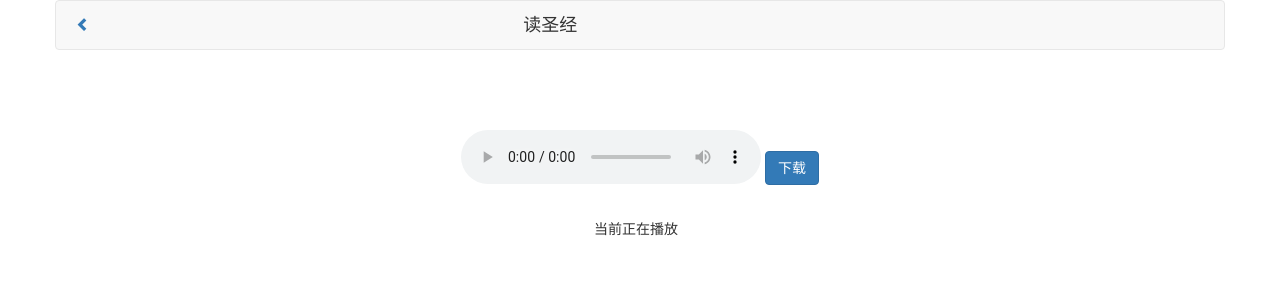
Repository: Paulyoufu/paulyoufu.github.io
Page: content.html
These files come from the project's save history. The page is drawn as it stood at one moment and after the next save; the edit follows.
The browser window is 1280 px wide. The pictures show the whole page.

Above is the page before, as saved 2018-04-24 15:08:37.
Console error: TypeError: Cannot read properties of undefined (reading 'replace')

### content.html
<!DOCTYPE html>
<html lang="en">

<head>
    <meta charset="UTF-8">
    <meta name="viewport" content="width=device-width, initial-scale=1.0">

    <link rel="stylesheet" href="css/bootstrap.min.css">
    <script src="js/jquery-3.3.1.min.js"></script>
    <script src="js/bootstrap.js"></script>

    <style>
        .center {
            position: relative;
            top: 50%;
        }
    </style>
    <title></title>
</head>

<body>
    <div class="container">

        <div class="row">
            <nav class="navbar navbar-default" role="navigation">
                <a href="index.html" class="pull-left glyphicon glyphicon-chevron-left" style="margin-top:15px;margin-left:20px;"></a>
                <h4 class="text-aglin:center" style="margin-left:40%;margin-top:15px;">读圣经</h4>
            </nav>
            <div class="row" style="margin-top:50px;">
                <div class="col-md-12 column" style="text-align: center;margin-top: 30px;">
                    <audio id="ad" autoplay="autoplay" src="http://biblevoice.oss-cn-hangzhou.aliyuncs.com/rock/创世记第1章.mp3" controls="controls"></audio>
                    <a id="btnDownLoad" class="btn btn-primary" style="margin-top: -25px;">下载</a>
                </div>
                <div class="col-md-12 column" style="text-align: center;margin-top: 30px;">
                    当前正在播放 &nbsp;
                    <span id="bn"></span>
                </div>
            </div>

            <div id="bContent" class="col-md-12">

            </div>
        </div>
        <!-- title -->




        <!-- 显示经文 -->
        <div class="row">


        </div>


        <!-- mp3播放器 -->

        <!-- mp3下载 -->

    </div>

    <script>
        var i = 1;
        //    alert(location.search+"-------")
        // $("#bContent").text(decodeURIComponent(location.search))
        var bn = decodeURIComponent(location.search).trim().replace(/[bn= ?]/ig, "")
        var bookname = "";
        var startCharpter = 1;
        var endCharpter = 1;
        var bsn = {
            "创": "创世记", "出": "出埃及记", "利": "利未记", "民": "民数记", "申": "申命记", "书": "约书亚记",
            "士": "士师记", "得": "路得记", "撒上": "撒母耳记上", "撒下": "撒母耳记下", "王上": "列王纪上", "王下": "列王纪下", "代上": "历代志上", "代下": "历代志下", "拉": "以斯拉记", "尼": "尼希米记",
            "斯": "以斯帖记", "约": "约伯记", "诗": "诗篇", "箴": "箴言", "传": "传道书", "歌": "雅歌", "赛": "以赛亚书",
            "耶": "耶利米书", "哀": "耶利米哀书", "结": "以西结书", "但": "但以理书", "何": "何西阿书", "珥": "约珥书", "摩": "阿摩司书", "俄": "俄巴底亚书", "拿": "约拿书", "弥": "弥迦书", "鸿": "那鸿书",
            "哈": "哈巴谷书", "番": "西番雅书", "该": "哈该书", "亚": "撒迦利亚书", "玛": "玛拉基书",
            "太": "马太福音", "可": "马可福音", "路": "路加福音", "约": "约翰福音", "徒": "使徒行传", "罗": "罗马书", "林前": "哥林多前书", "林后": "哥林多后书", "加": "加拉太书", "弗": "以弗所书", "腓": "腓立比书",
            "西": "歌罗西书", "帖前": "贴撒罗尼迦前书", "帖后": "帖撒罗尼迦后书", "提前": "提摩太前书", "提后": "提摩太后书", "多": "提多书", "门": "腓利门书", "来": "希伯来书", "雅": "雅各书", "彼前": "彼得前书", "彼前": "彼得前书", "彼后": "彼得后书", "约一": "约翰一书",
            "约二": "约翰二书", "约三": "约翰三书", "犹": "犹大书", "启": "启示录"
        }
        var url = "http://biblevoice.oss-cn-hangzhou.aliyuncs.com/rock/";
        var src = "";
        var index = 1;
        var bnArr = []
        var srcArr = []
        $(document).ready(function () {

            /* 经文加载 */
            if (bn.indexOf(";") > 0) {
                bnArr = bn.split(';')
                for (var i = 0; i < bnArr.length; i++) {
                    bookname = bnArr[i].replace(/[^\u4e00-\u9fa5]/gi, "")
                    startCharpter = bnArr[i].replace(bookname, "").split("-")[0]
                    endCharpter = bnArr[i].replace(bookname, "").split("-")[1]
                    bsToEnd(startCharpter, endCharpter)
                }
            }
            else {
                bookname = bn.replace(/[^\u4e00-\u9fa5]/gi, "")
                console.log(bookname)
                startCharpter = bn.replace(bookname, "").split("-")[0]
                endCharpter = bn.replace(bookname, "").split("-")[1]

                for (key in bsn) {
                    if (bookname == key) {
                        bookname = bookname.replace(key, bsn[key])

                        for (var j = parseInt(startCharpter); j <= parseInt(endCharpter); j++) {

                            if (endCharpter == 1) {
                                srcArr.push(url + bookname + "第" + startCharpter + "章.mp3")
                            }
                            else {
                                srcArr.push(url + bookname + "第" + (startCharpter++) + "章.mp3")
                            }
                        }
                    }
                }
            }
            document.title = srcArr[0].replace("http://biblevoice.oss-cn-hangzhou.aliyuncs.com/rock/", "")
            $("#bn").text(srcArr[0].replace("http://biblevoice.oss-cn-hangzhou.aliyuncs.com/rock/", ""))

            $("#ad").attr("src", srcArr[0])
            $("#btnDownLoad").click(function () { $("#btnDownLoad").attr("href", $("#ad").attr("src")) })
            inx = 1;
            srcArr.forEach(
                function (item) {
                    console.log("item===========" + item)
                }
            )
            inx = 0;
            $("#ad").on("ended", function () {
                if (inx >= srcArr.length) {
                    inx = 0
                }
                inx = inx + 1
                $(this).attr("src", srcArr[inx])

                console.log("inx=============" + inx)
                title = srcArr[inx].replace("http://biblevoice.oss-cn-hangzhou.aliyuncs.com/rock/", "")
                $("#bn").text(title)
                document.title = title



                var player = $("#ad")[0]; /*jquery对象转换成js对象*/
                if (player.paused) { /*如果已经暂停*/
                    player.play(); /*播放*/
                } else {
                    player.pause();/*暂停*/
                }
            })
        })


        function bsToEnd(startCharpter, endCharpter) {
            for (key in bsn) {
                if (bookname == key) {
                    bookname = bookname.replace(key, bsn[key])

                    for (var j = startCharpter; j <= endCharpter; j++) {
                        if (endCharpter == 1) {
                            srcArr.push(url + bookname + "第" + startCharpter + "章.mp3")
                        }
                        else {
                            srcArr.push(url + bookname + "第" + (startCharpter++) + "章.mp3")
                        }
                    }
                }
            }
        }
    </script>
</body>

</html>

Loaded but not shown: css/bootstrap.min.css (library); js/jquery-3.3.1.min.js (library); js/bootstrap.js (library)

After the next save:
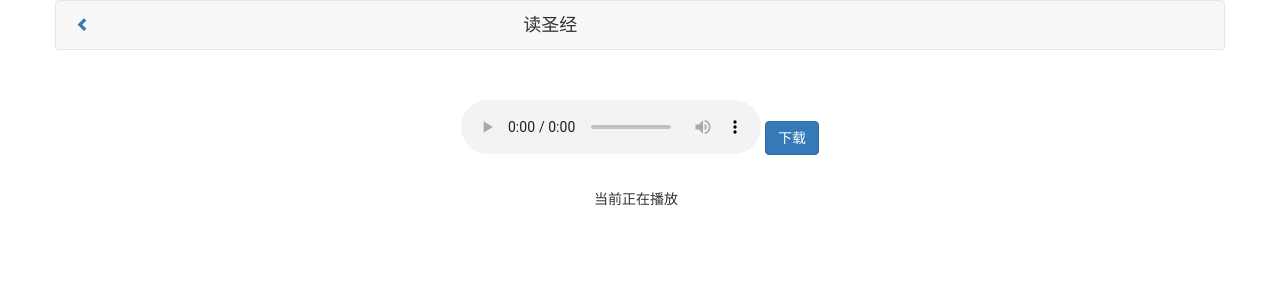
Saved 31 s later.
--- a/content.html
+++ b/content.html
@@ -27,7 +27,7 @@
                 <h4 class="text-aglin:center" style="margin-left:40%;margin-top:15px;">读圣经</h4>
             </nav>
             <div class="row" style="margin-top:50px;">
-                <div class="col-md-12 column" style="text-align: center;margin-top: 30px;">
+                <div class="col-md-12 column" style="text-align: center;">
                     <audio id="ad" autoplay="autoplay" src="http://biblevoice.oss-cn-hangzhou.aliyuncs.com/rock/创世记第1章.mp3" controls="controls"></audio>
                     <a id="btnDownLoad" class="btn btn-primary" style="margin-top: -25px;">下载</a>
                 </div>
